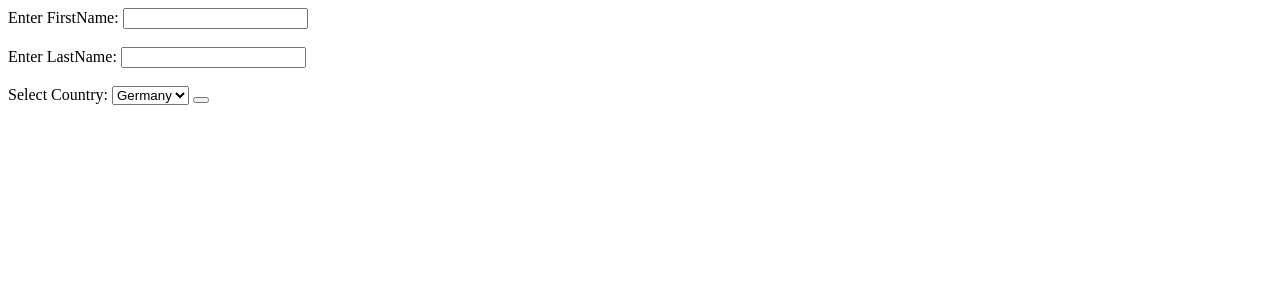
Repository: Gunjan1908/AdvanceJava
Page: http://localhost/SpringMVC/student/hello
The author's editor kept a copy of each file at every save. The page is drawn from the files as they stood at one save, then again after a run of saves.
The browser window is 1280 px wide. The pictures show the whole page.
The page is served by Tomcat 9.

Above is the page before, as saved 2023-12-02 04:18:58.

### SpringMVC/WebContent/WEB-INF/spring-mvc-demo-servlet.xml
<?xml version="1.0" encoding="UTF-8"?>
<beans xmlns="http://www.springframework.org/schema/beans"
	xmlns:xsi="http://www.w3.org/2001/XMLSchema-instance"
	xmlns:context="http://www.springframework.org/schema/context"
	xmlns:mvc="http://www.springframework.org/schema/mvc"
	xsi:schemaLocation="
		http://www.springframework.org/schema/beans
    	http://www.springframework.org/schema/beans/spring-beans.xsd
    	http://www.springframework.org/schema/context
    	http://www.springframework.org/schema/context/spring-context.xsd
    	http://www.springframework.org/schema/mvc
        http://www.springframework.org/schema/mvc/spring-mvc.xsd">


        <!-- Step3: Add Support for Component Scanning -->
        <context:component-scan base-package="com.app"/>

        <!-- Step4: Add support for conversion, Formatting and Validation -->
        <mvc:annotation-driven/>

        <!-- Step5: Configure MVC View Resolver -->
    <bean class="org.springframework.web.servlet.view.InternalResourceViewResolver">
     <property name="prefix" value="/WEB-INF/views/"></property>
        <property name="suffix" value=".jsp"></property>
        </bean>

        </beans>

### SpringMVC/WebContent/WEB-INF/views/student-form.jsp
<%@ page language="java" contentType="text/html; charset=ISO-8859-1"
    pageEncoding="ISO-8859-1"%>
 <%@ taglib uri="http://www.springframework.org/tags/form" prefix="form"%>
<!DOCTYPE html>
<html>
<head>
<meta charset="ISO-8859-1">
<title>Student Form</title>
</head>
<body>
<!-- <form action="processForm" method="post">
Enter Student Name: <input type="text" name="txtName">
<br>
<input type="submit" value="Go">
</form> -->

<form:form action="processForm" modelAttribute="student">
Enter FirstName: <form:input path="firstName"/>
<br><br>
Enter LastName: <form:input path="lastName"/>
<br><br>
Select Country:
<form:select path="country">
<form:options items="${student.countryOptions}"/>
</form:select>
<form:button name="submit" value="Submit"></form:button>
</form:form>


</body>
</html>

### SpringMVC/src/com/app/controller/HomeController.java
package com.app.controller;

import org.springframework.stereotype.Controller;
import org.springframework.web.bind.annotation.RequestMapping;

@Controller
public class HomeController {

	@RequestMapping("/")
	public String showMyPage()
	{
		return "main-menu";		//WEB-INF/views/main-menu.jsp
	}

}

### SpringMVC/src/com/app/controller/StudentController.java
package com.app.controller;

import org.springframework.stereotype.Controller;
import org.springframework.ui.Model;
import org.springframework.web.bind.annotation.ModelAttribute;
import org.springframework.web.bind.annotation.RequestMapping;

import com.app.model.Student;

@Controller
@RequestMapping("/student")
public class StudentController {

	@RequestMapping("/hello")
	public String showPage(Model model)
	{
		//create a student object
		Student s = new Student();
		//add student to container
		model.addAttribute("student", s);
		return "student-form";
	}

	/*
	 * @RequestMapping("/processForm") public String
	 * processStudentForm(HttpServletRequest request,Model model) { String
	 * studentName = request.getParameter("txtName"); studentName =
	 * studentName.toUpperCase(); String result = "Hey "+studentName+" Welcome!!!";
	 * model.addAttribute("message", result); return "student-confirmation"; }
	 */

	/*
	 * @RequestMapping("/processForm") public String
	 * processStudentForm(@RequestParam("txtName") String studentName,Model model) {
	 * studentName = studentName.toUpperCase(); String result =
	 * "Hey "+studentName+" Welcome to Infoway!!!"; model.addAttribute("message",
	 * result); return "student-confirmation"; }
	 */

	@RequestMapping("/processForm")
	public String processStudentForm(@ModelAttribute("student") Student theStudent)
	{
		System.out.println(theStudent);
		return "student-confirmation";
	}

}

### SpringMVC/src/com/app/model/Student.java
package com.app.model;

import java.util.HashMap;
import java.util.Map;

public class Student {

	private String firstName;
	private String lastName;
	private String country;
	private Map<String, String> countryOptions;
	private String language;
	private String[] operatingSystems;

	public Student() {
		countryOptions = new HashMap<String, String>();
		countryOptions.put("IN", "India");
		countryOptions.put("DE", "Germany");
		countryOptions.put("ES", "Spanish");
		countryOptions.put("FR", "France");
	}

	public String getFirstName() {
		return firstName;
	}

	public void setFirstName(String firstName) {
		this.firstName = firstName;
	}

	public String getLastName() {
		return lastName;
	}

	public void setLastName(String lastName) {
		this.lastName = lastName;
	}

	public String getCountry() {
		return country;
	}

	public void setCountry(String country) {
		this.country = country;
	}

	public Map<String, String> getCountryOptions() {
		return countryOptions;
	}

	public void setCountryOptions(Map<String, String> countryOptions) {
		this.countryOptions = countryOptions;
	}

	public String getLanguage() {
		return language;
	}

	public void setLanguage(String language) {
		this.language = language;
	}

	public String[] getOperatingSystems() {
		return operatingSystems;
	}

	public void setOperatingSystems(String[] operatingSystems) {
		this.operatingSystems = operatingSystems;
	}

	@Override
	public String toString() {
		return "Student [firstName=" + firstName + ", lastName=" + lastName + "]";
	}

}

After the next 3 saves:
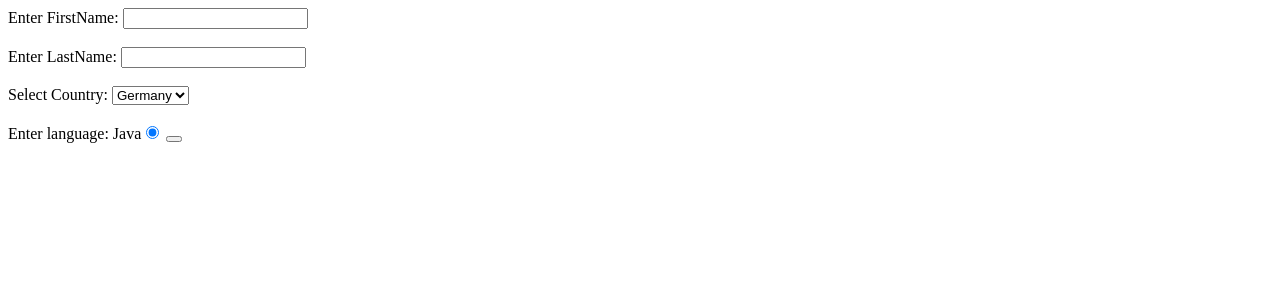
The 3 saves are shown as one change because 2 did not build or start.
The last was saved 86 s later.
--- a/SpringMVC/WebContent/WEB-INF/views/student-form.jsp
+++ b/SpringMVC/WebContent/WEB-INF/views/student-form.jsp
@@ -23,6 +23,9 @@ Select Country:
 <form:select path="country">
 <form:options items="${student.countryOptions}"/>
 </form:select>
+<br><br>
+Enter language:
+Java<form:radiobutton path="language" />
 <form:button name="submit" value="Submit"></form:button>
 </form:form>
 
